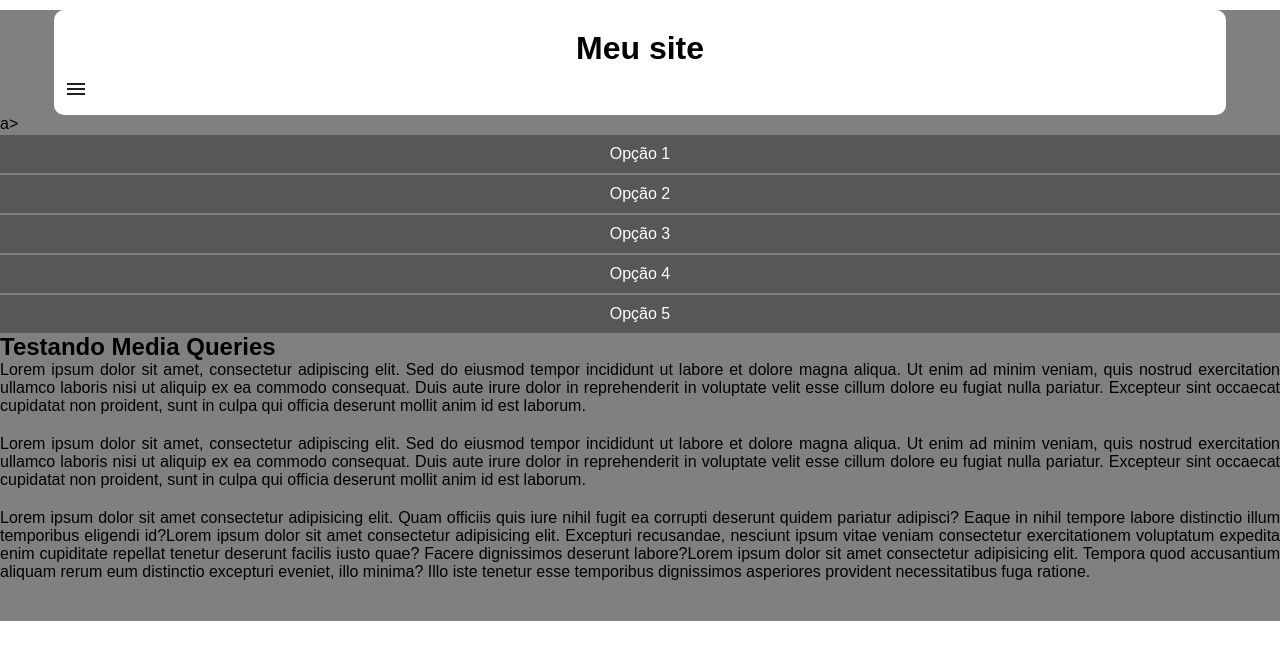
Repository: Sandro1969-tech/menu-hamburger
Page: index.html
These files come from the project's save history. The page is drawn as it stood at one moment and after a run of saves; the edit follows.
The browser window is 1280 px wide. The pictures show the whole page.

Above is the page before, as saved 2025-12-25 18:54:49.

After the next 2 saves:
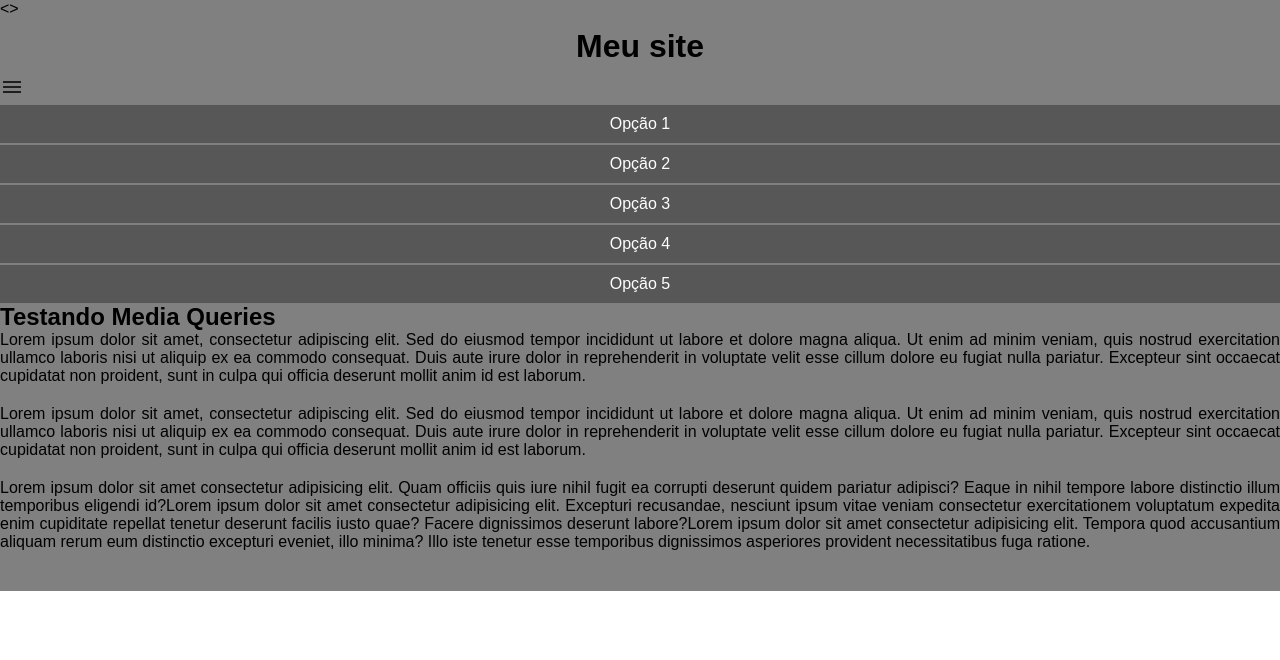
The 2 saves are shown as one change because they came seconds apart.
The last was saved 13 s later.
--- a/index.html
+++ b/index.html
@@ -8,9 +8,9 @@
 </head>
 <body>
   <header>
-    <main>
+    <>
             <h1>Meu site</h1>
-            <a></a><img src="image/iconmenu.png" alt="menu" class="menu-icon"></main>a>
+            <a></a><img src="image/iconmenu.png" alt="menu" class="menu-icon">
 
 
 
